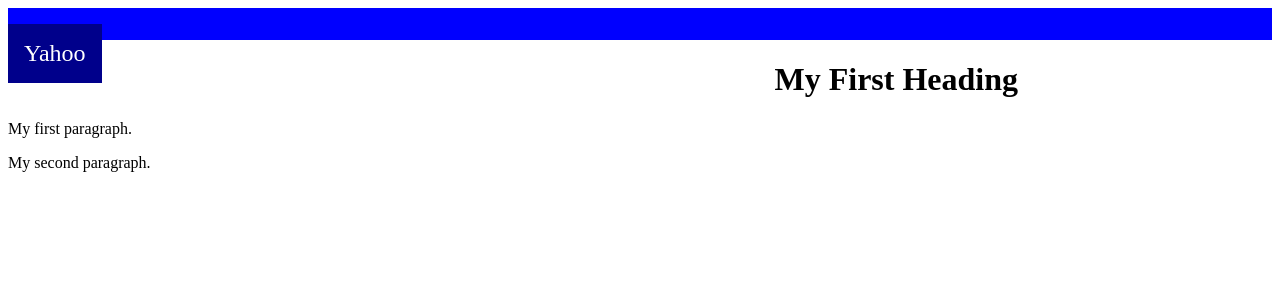
Repository: jason-ward220/jason-ward220.github.io
Page: index.html
The author's editor kept a record of every edit. The page is drawn from the files as they stood at one moment, then again after the next edit.
The browser window is 1280 px wide. The pictures show the whole page.
The pointer rests on the first visible `.navbar a`.

Above is the page before.

### index.html
<!DOCTYPE html>
<html>

    <head>
        <title>My First Webpage</title>

        <style>
            .navbar
            {
                background-color:Blue;
                width: 100%;
                padding-top:16px;
                padding-bottom:16px;
                opacity:1;
            }
            .navbar a
            {
                color:white;
                font-size:24px;
                text-decoration:none;
                padding-left:16px;
                padding-right:16px;
                padding-top:16px;
                padding-bottom:16px;
                float: left;
            }
            .navbar a:hover
            {
                background-color:darkBlue;
            }
            .moreLinks
            {
                color:white;
                font-size:24px;
                text-decoration:none;
                padding-left:16px;
                padding-right:16px;
                padding-top:16px;
                padding-bottom:16px;
                float: left;
            }
        </style>
    </head>

    <body>

        <div class="navbar">
            <a href="https://yahoo.com">Yahoo</a>
            <a href="https://google.com">Google</a>
            <a href="https://yahoo.com">Yahoo</a>
            <div class="dropdown">
                <div class="moreLinks">More Links</div>
                <div class="dropdown-content">
                    <a href="https://www.awseducate.com">AWS Educate</a>
                    <a href="https://www.collegeboard.org">CollegeBoard</a>
                </div>
            </div>
        </div>

        <h1>My First Heading</h1>
        <p>My first paragraph.</p>
        <p>My second paragraph.</p>
    </body>

</html>

After the next edit:
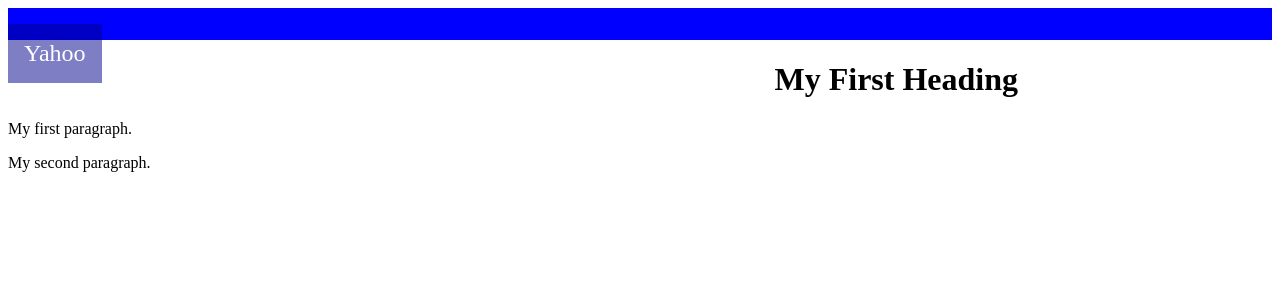
The edit:
--- a/index.html
+++ b/index.html
@@ -27,6 +27,7 @@
             .navbar a:hover
             {
                 background-color:darkBlue;
+                opacity:0.5;
             }
             .moreLinks
             {
